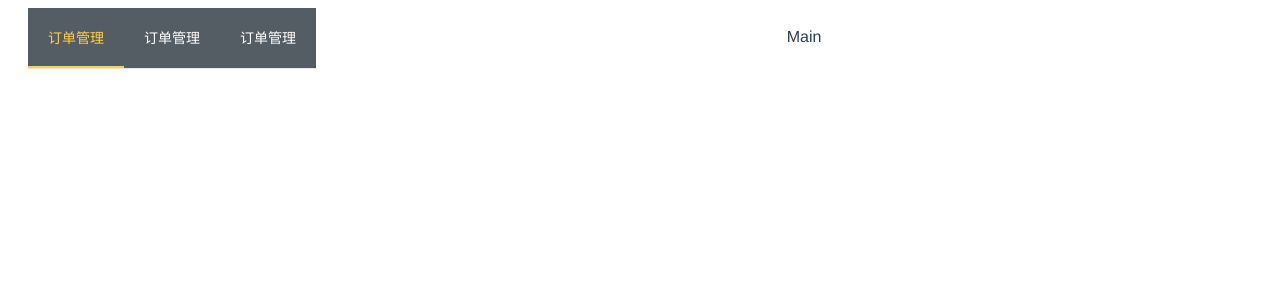
Repository: TheWomanLiketheWind/woodpecker
Page: /
An editor plug-in stored every save of this project. The page is shown before and after the next save, followed by the edit.
The browser window is 1280 px wide. The pictures show the whole page.
The project was rebuilt for these pictures with package versions that can differ from the ones it lists, and the page was loaded fresh each time. Imported but missing from the stored project, and not drawn on this page: src/views/About.vue.

Above is the page before, as saved 2019-07-25 14:36:45.

### public/index.html
<!DOCTYPE html>
<html lang="en">
  <head>
    <meta charset="utf-8">
    <meta http-equiv="X-UA-Compatible" content="IE=edge">
    <meta name="viewport" content="width=device-width,initial-scale=1.0">
    <link rel="icon" href="<%= BASE_URL %>favicon.ico">
    <title>woodpecker</title>
  </head>
  <body>
    <noscript>
      <strong>We're sorry but woodpecker doesn't work properly without JavaScript enabled. Please enable it to continue.</strong>
    </noscript>
    <div id="app"></div>
    <!-- built files will be auto injected -->
  </body>
</html>

### src/App.vue
<template>
  <div id="app">
    <router-view />
  </div>
</template>

<style lang="scss">
#app {
  font-family: "Avenir", Helvetica, Arial, sans-serif;
  -webkit-font-smoothing: antialiased;
  -moz-osx-font-smoothing: grayscale;
  text-align: center;
  color: #2c3e50;
}
#nav {
  padding: 30px;
  a {
    font-weight: bold;
    color: #2c3e50;
    &.router-link-exact-active {
      color: #42b983;
    }
  }
}
</style>

### src/views/Home.vue
<template>
  <el-container>

    <Head msg="Welcome to Your Vue.js + TypeScript App"></Head>
    <el-main>Main</el-main>
  </el-container>
  <!-- <div class="home">
    <img alt="Vue logo" src="../assets/logo.png">
    <HelloWorld msg="Welcome to Your Vue.js + TypeScript App"/>
  </div> -->

</template>

<script lang="ts">
import { Component, Vue } from "vue-property-decorator";
import Head from "@/components/Head.vue"; // @ is an alias to /src

@Component({
  components: {
    Head
  }
})
export default class Home extends Vue {}
</script>

### src/components/Head.vue
<template>
  <el-header>
    <el-menu :default-active="activeIndex"
             class="el-menu-demo"
             mode="horizontal"
             background-color="#545c64"
             text-color="#fff"
             active-text-color="#ffd04b"
             @select="handleSelect">
      <el-menu-item :index="index + 1"
                    v-for="(item, index) in menuList"
                    :key="index">{{item.name}}</el-menu-item>
    </el-menu>
  </el-header>
</template>

<script lang="ts">
import { Component, Prop, Vue } from "vue-property-decorator";

@Component
export default class Head extends Vue {
  @Prop() private msg!: string;
  data() {
    return {
      activeIndex: 1,
      menuList: [
        {
          name: "订单管理",
          link: ""
        },
        {
          name: "订单管理",
          link: ""
        },
        {
          name: "订单管理",
          link: ""
        }
      ]
    };
  }

  private handleSelect(key: any, keyPath: any) {
    console.log(key, keyPath);
  }
}
</script>

<style>
</style>

Loaded but not shown: src/main.ts (common file); src/router.ts (common file); src/store.ts (common file)

After the next save:
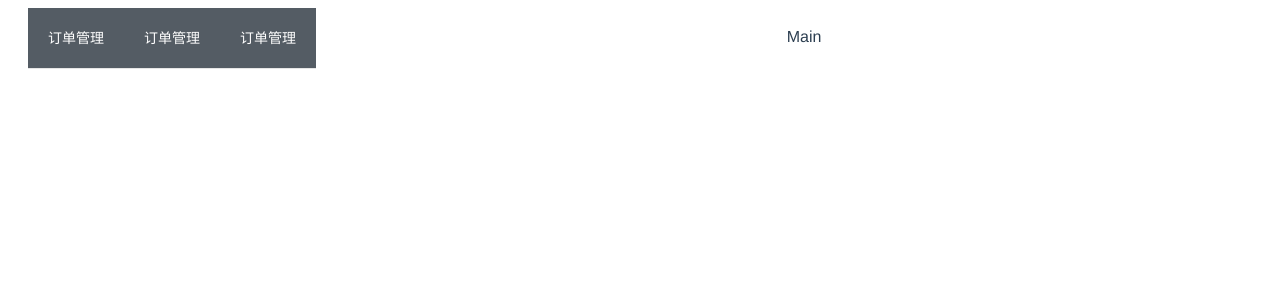
Saved 37 s later.
--- a/src/components/Head.vue
+++ b/src/components/Head.vue
@@ -7,7 +7,7 @@
              text-color="#fff"
              active-text-color="#ffd04b"
              @select="handleSelect">
-      <el-menu-item :index="index + 1"
+      <el-menu-item :index="item.index"
                     v-for="(item, index) in menuList"
                     :key="index">{{item.name}}</el-menu-item>
     </el-menu>
@@ -26,14 +26,17 @@
       menuList: [
         {
           name: "订单管理",
+          index: "1",
           link: ""
         },
         {
           name: "订单管理",
+          index: "2",
           link: ""
         },
         {
           name: "订单管理",
+          index: "3",
           link: ""
         }
       ]

After the 3 saves that followed:
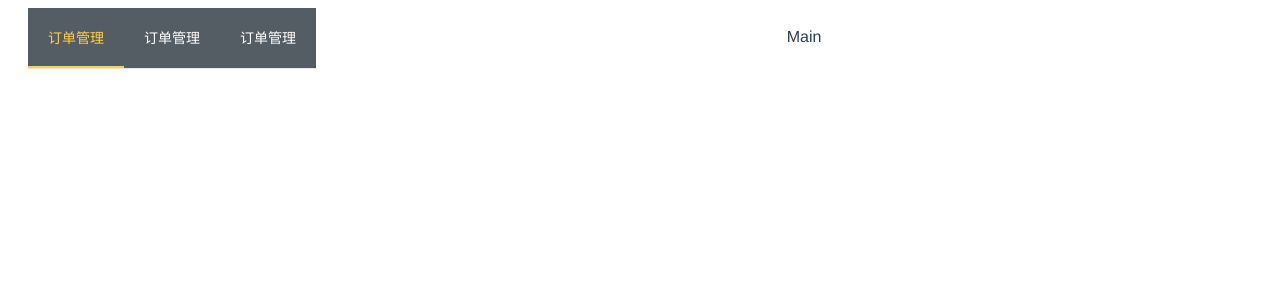
The 3 saves are shown as one change because 1 left the picture as it was and some came seconds apart.
The last was saved 27 s later.
--- a/src/components/Head.vue
+++ b/src/components/Head.vue
@@ -7,9 +7,9 @@
              text-color="#fff"
              active-text-color="#ffd04b"
              @select="handleSelect">
-      <el-menu-item :index="item.index"
-                    v-for="(item, index) in menuList"
-                    :key="index">{{item.name}}</el-menu-item>
+      <el-menu-item v-for="(item, index) in menuList"
+                    :key="index"
+                    :index="item.index">{{item.name}}</el-menu-item>
     </el-menu>
   </el-header>
 </template>
@@ -22,7 +22,7 @@
   @Prop() private msg!: string;
   data() {
     return {
-      activeIndex: 1,
+      activeIndex: "1",
       menuList: [
         {
           name: "订单管理",
